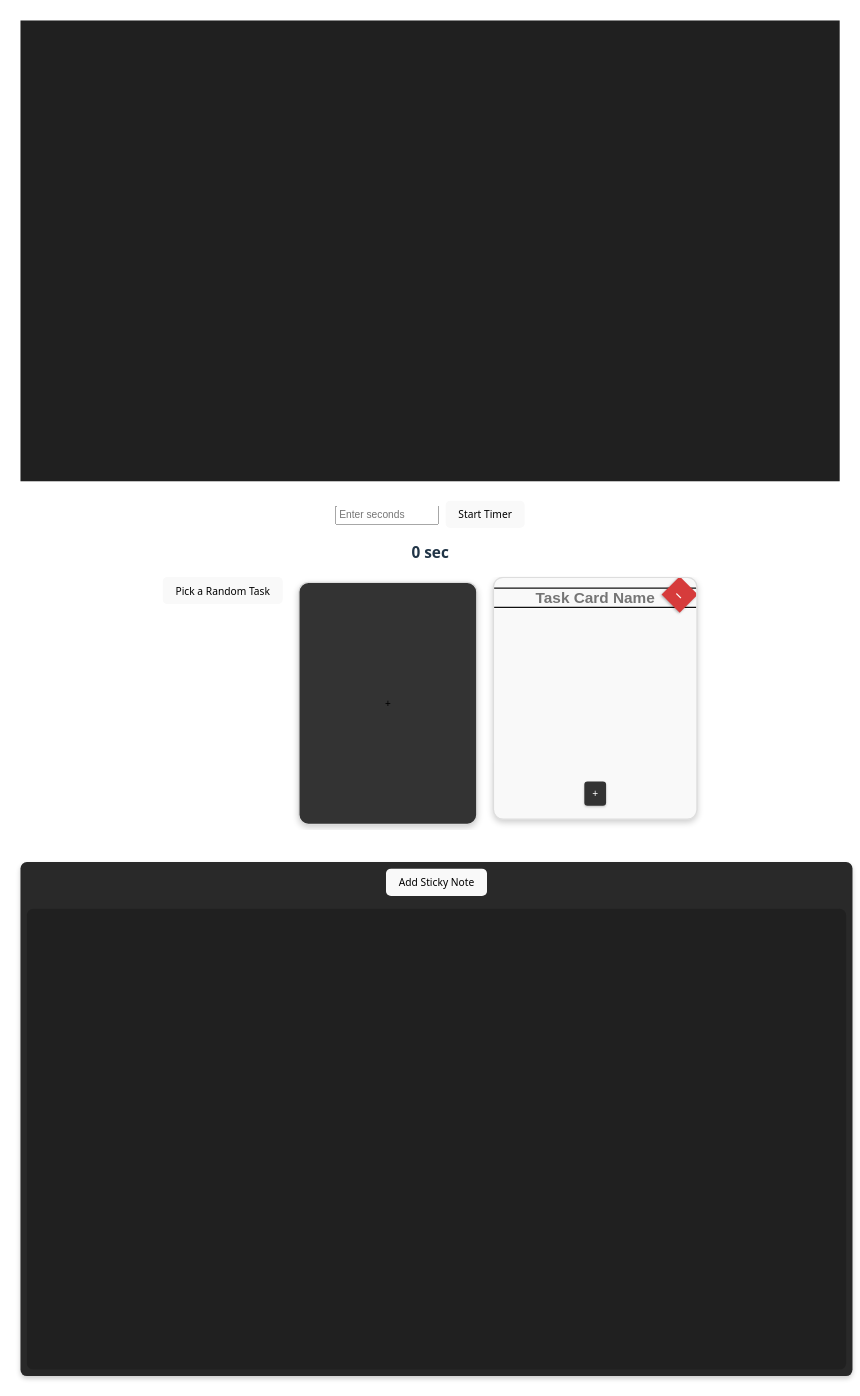
Repository: RamSivaSundaraKarthykeyan/Cards-Task
Page: /, after clicking the first element matching `button.task-card-add-button`
These files come from the project's save history. The page is drawn as it stood at one moment and after the next save; the edit follows.
The browser window is 1280 px wide. The page is 1344 px wide, so the pictures cover 1344 px, including what lies to the right of the window. The pictures show the whole page, at 64% of full size.
The project was rebuilt for these pictures with package versions that can differ from the ones it lists, and the page was loaded fresh each time. Also part of the build but not shown: vite.config.js, src/CSS/checkBox.css, src/components/CheckBox.jsx.

Above is the page before, as saved 2025-04-16 20:31:14.

After the next save:
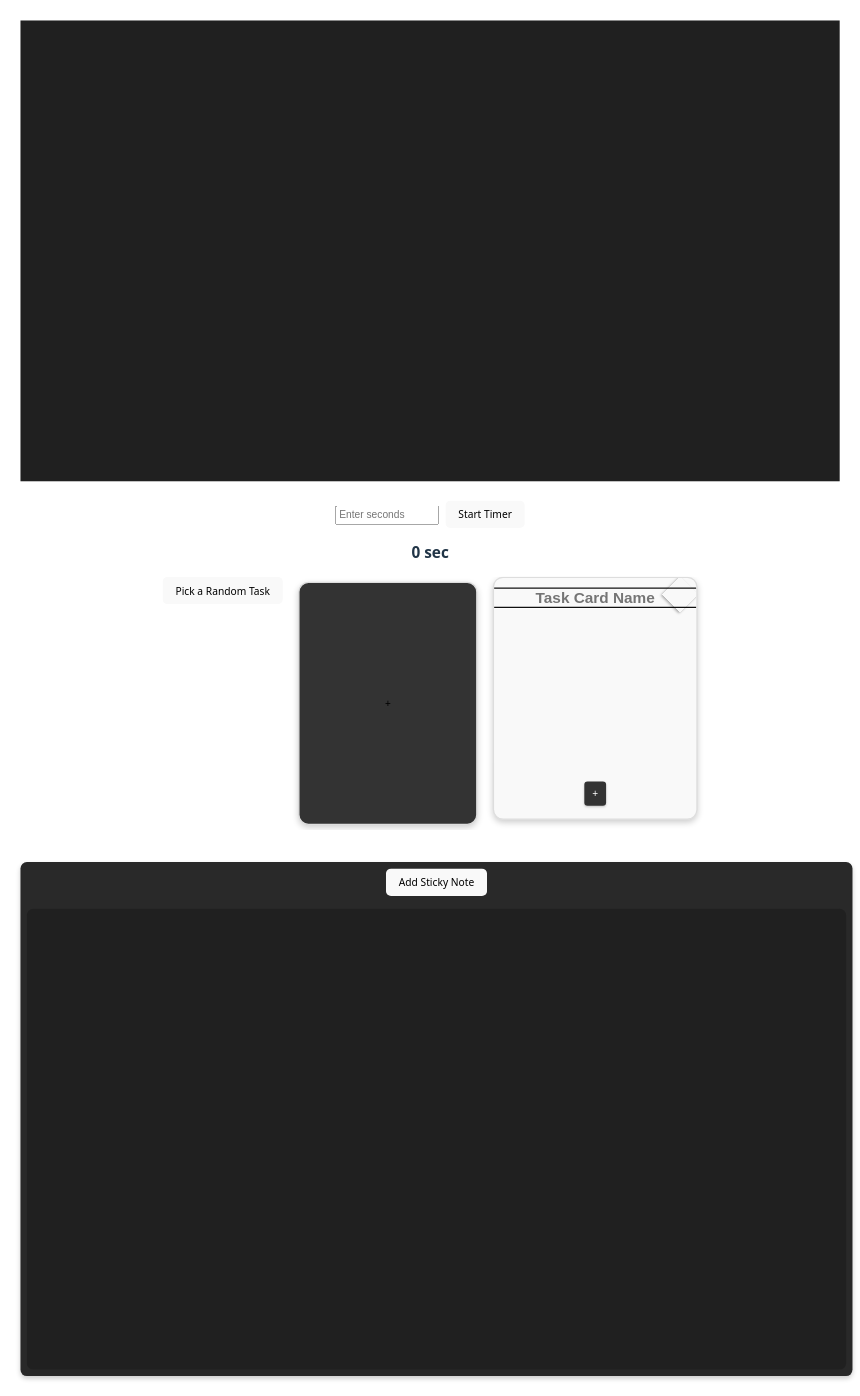
Saved 23 s later.
--- a/src/CSS/TaskCard.css
+++ b/src/CSS/TaskCard.css
@@ -36,6 +36,10 @@
     z-index: 2;
     transition: border-color 0.3s ease;
 }
+task-card:hover::before {
+    border-color: #d63b3b transparent transparent transparent;
+    /* Shows on hover */
+}
 
 .task-card::after {
     content: "–";
@@ -44,8 +48,10 @@
     right: 0;
     width: 40px;
     height: 40px;
-    background: #d63b3b;
-    color: #fff;
+    background: transparent;
+    /* Hidden by default */
+    color: transparent;
+    /* Hidden by default */
     font-size: 24px;
     display: flex;
     align-items: center;
@@ -55,6 +61,14 @@
     z-index: 3;
     cursor: pointer;
     box-shadow: 0 2px 4px rgba(0, 0, 0, 0.3);
+    transition: background 0.3s ease, color 0.3s ease;
+}
+
+.task-card:hover::after {
+    background: #d63b3b;
+    /* Becomes visible on hover */
+    color: #fff;
+    /* Minus sign becomes visible */
 }
 .card-title {
     position: absolute;
